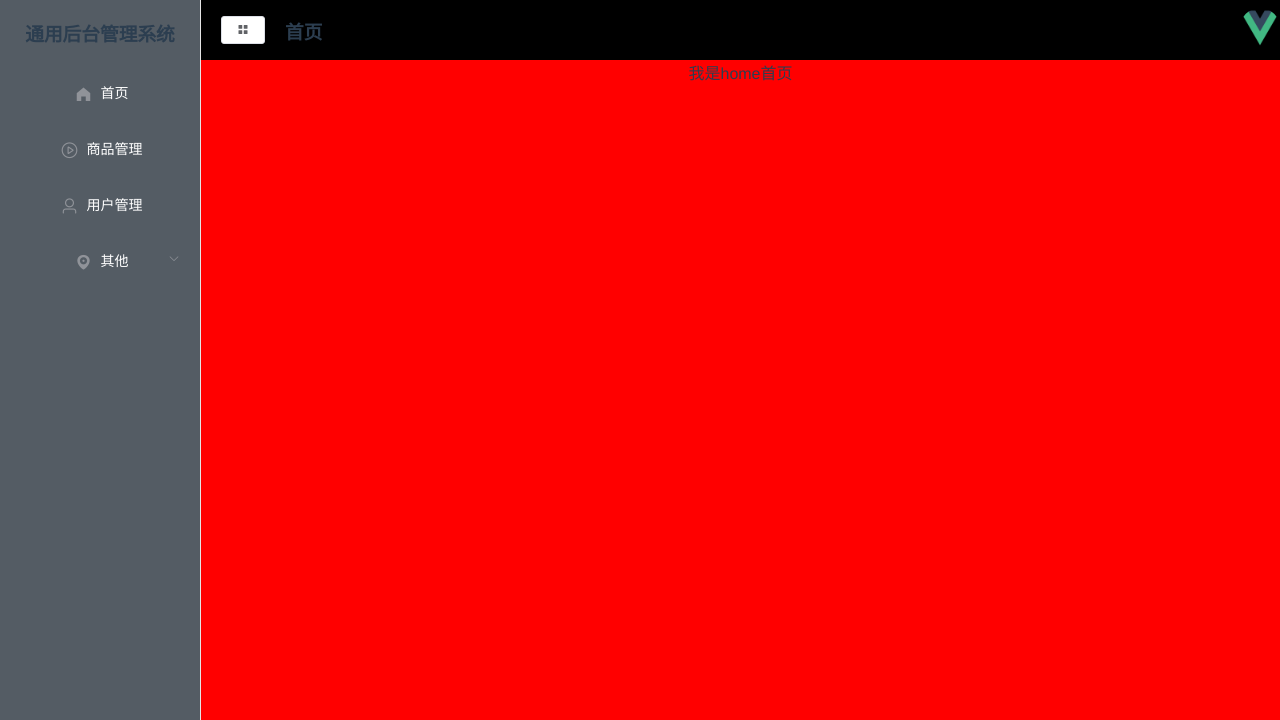
Repository: 385841539/VueStudy
Page: / (app in vue_cli/)
An editor plug-in stored every save of this project. The page is shown before and after the next save, followed by the edit.
The browser window is 1280 px wide. The pictures show the whole page.
The project was rebuilt for these pictures with package versions that can differ from the ones it lists, and the page was loaded fresh each time. Also part of the build but not shown: vue_cli/vue.config.js.

Above is the page before, as saved 2022-01-13 10:05:41.

After the next save:
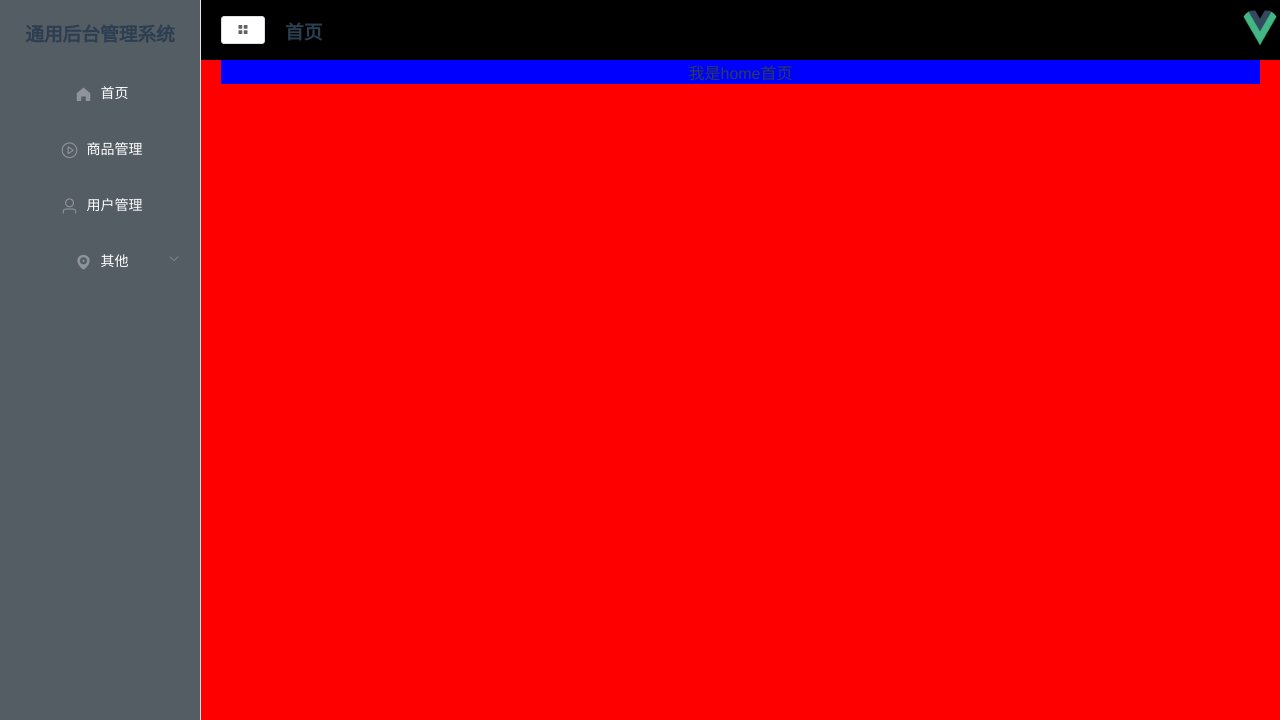
Saved 17 s later.
--- a/vue_cli/src/views/Home/Home.vue
+++ b/vue_cli/src/views/Home/Home.vue
@@ -3,7 +3,7 @@
 </template>
 
 <style  lang="scss" scoped>
-.div {
+div {
   background: blue;
 }
 </style>

After the save that followed:
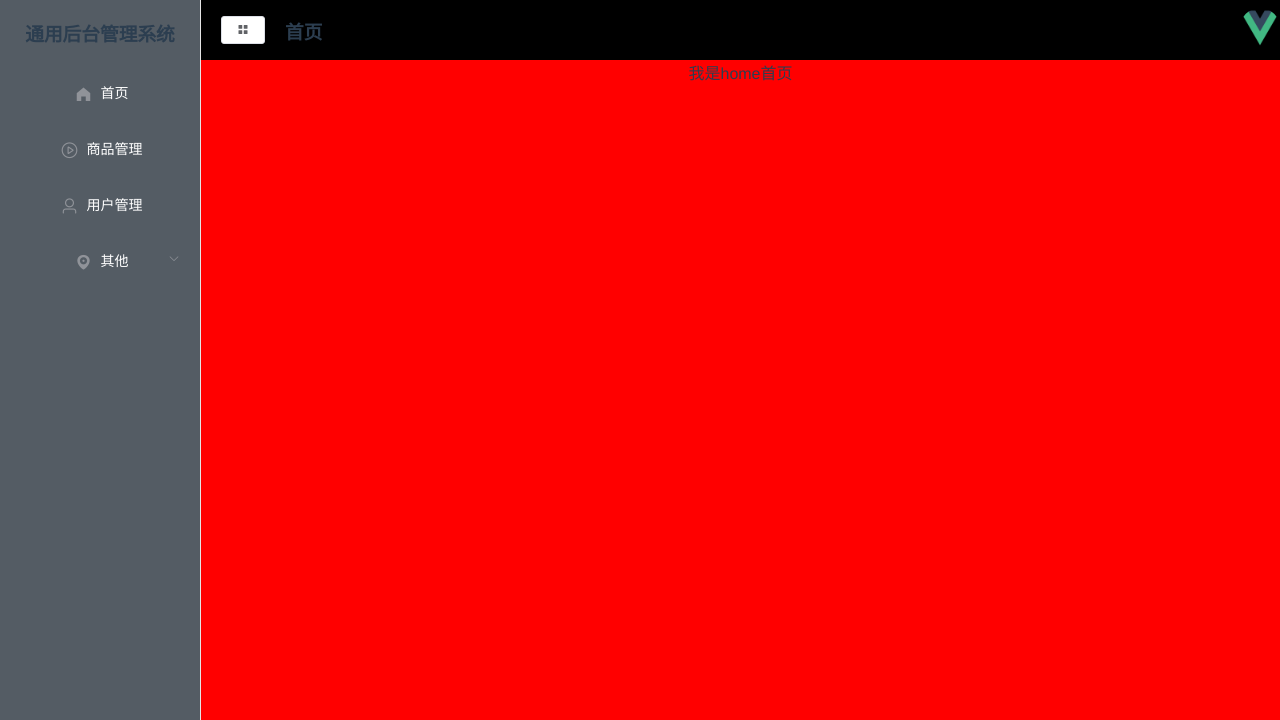
Saved 7 s later.
--- a/vue_cli/src/views/Home/Home.vue
+++ b/vue_cli/src/views/Home/Home.vue
@@ -3,7 +3,7 @@
 </template>
 
 <style  lang="scss" scoped>
-div {
+.div {
   background: blue;
 }
 </style>
